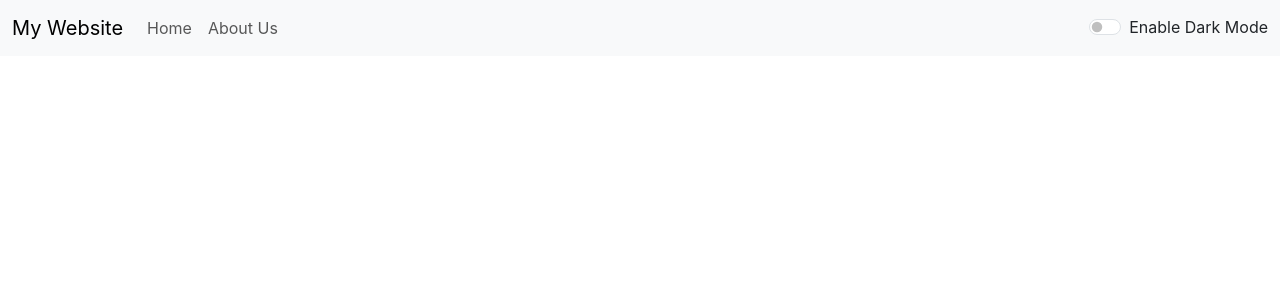
Repository: WajihaGul/Reactjs
Page: /
An editor plug-in stored every save of this project. The page is shown before and after the next save, followed by the edit.
The browser window is 1280 px wide. The pictures show the whole page.
The project was rebuilt for these pictures with package versions that can differ from the ones it lists, and the page was loaded fresh each time. Also part of the build but not shown: src/App.css.

Above is the page before, as saved 2024-02-07 21:54:47.

After the next save:
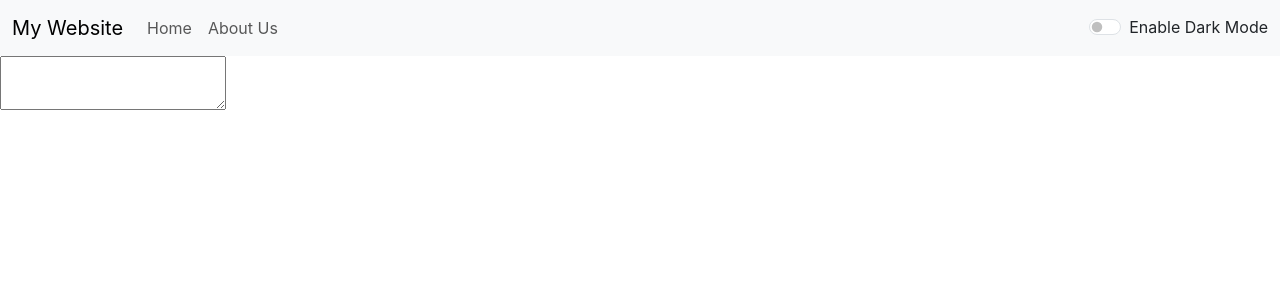
Saved 73 s later.
--- a/src/App.js
+++ b/src/App.js
@@ -1,5 +1,6 @@
 import './App.css';
 import Navbar from './Components/Navbar';
+
 import { useState } from 'react';
 
 function App() {
@@ -20,7 +21,7 @@ function App() {
 return (
 <>
 <Navbar title="My Website" about="About Us" home="HomePage" mode={mode} toggleMode={toggleMode}   />
-
+<textarea/>
 </>
   );
 }
